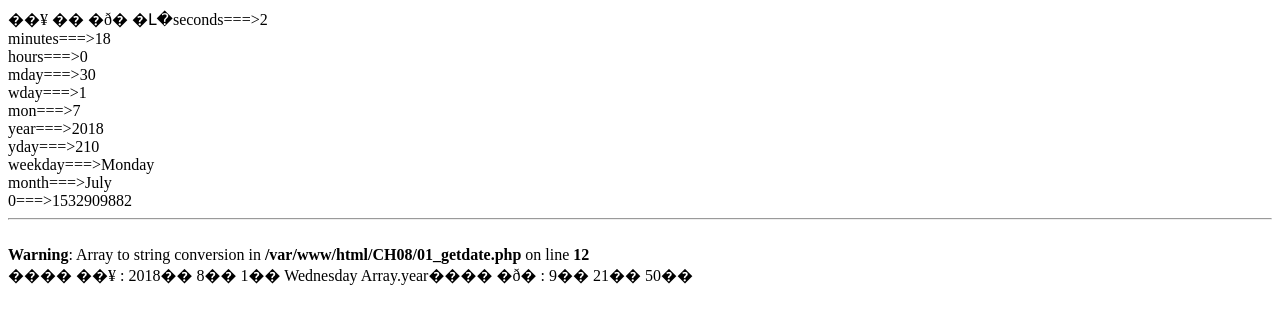
Repository: 2ujin/2018-PHP-afterschool
Page: http://localhost/CH08/01_getdate.php
These files come from the project's save history. The page is drawn as it stood at one moment and after the next save; the edit follows.
The browser window is 1280 px wide. The pictures show the whole page.
The page is run by PHP 8.4 with error messages shown; the project is at /var/www/html/.

Above is the page before, as saved 2018-08-01 00:23:44.

### PHPStudy/CH08/01_getdate.php
<?php

echo "날짜 및 시간 함수";

$today = getdate();

foreach($today as $key=>$value)
    echo $key."===>".$value."<br>";

    echo "<hr>";

    echo "오늘 날짜 : 2018년 8월 1일 Wednesday $today.year";
    echo "지금 시간 : 9시 21분 50초";

    ?>

After the next save:
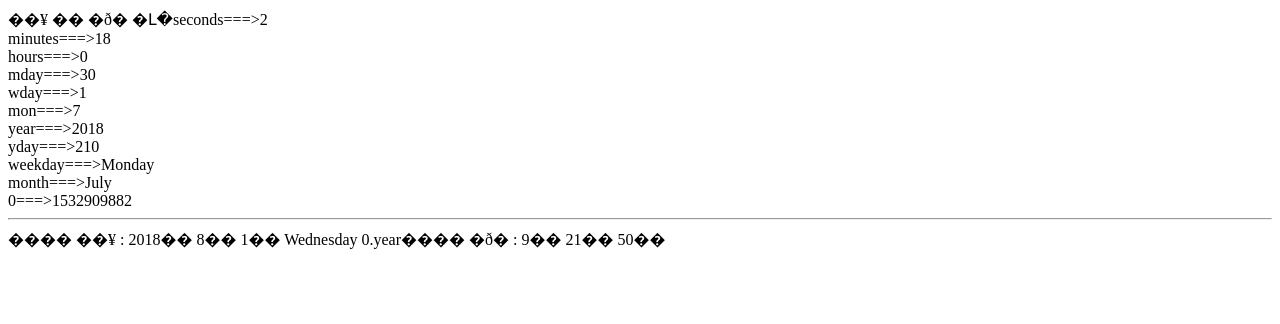
Saved 14 s later.
--- a/PHPStudy/CH08/01_getdate.php
+++ b/PHPStudy/CH08/01_getdate.php
@@ -9,7 +9,7 @@ foreach($today as $key=>$value)
 
     echo "<hr>";
 
-    echo "오늘 날짜 : 2018년 8월 1일 Wednesday $today.year";
+    echo "오늘 날짜 : 2018년 8월 1일 Wednesday $key.year";
     echo "지금 시간 : 9시 21분 50초";
 
     ?>
